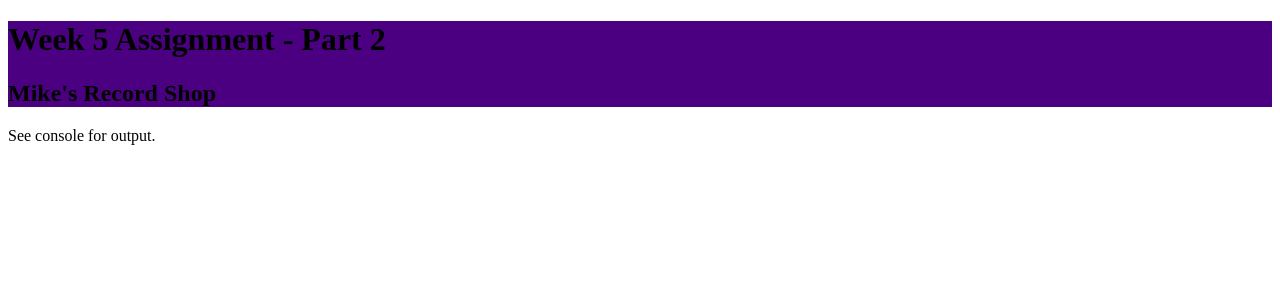
Repository: Ellusionism/prime-pw-week-5-assignment-part-2
Page: assignment/index.html
The author's editor kept a copy of each file at every save. The page is drawn from the files as they stood at one save, then again after a run of saves.
The browser window is 1280 px wide. The pictures show the whole page.

Above is the page before, as saved 2022-11-24 18:46:05.

### assignment/index.html
<!DOCTYPE html>
<html>
  <head>
    <meta charset="utf-8">
    <title>Week 5 Assignment</title>
    <link rel="stylesheet" href="stylesheet.css">
  </head>
  <body>
    <header>
      <h1>Week 5 Assignment - Part 2</h1>
      <h2>Mike's Record Shop</h2>
    </header>
    <main>
    <p>See console for output.</p>
  </main>
    <!-- Create an unordered list with any questions you have -->
  </body>
</html>

### assignment/stylesheet.css
header {
  color: ;
  background-color: indigo;
}

After the next 2 saves:
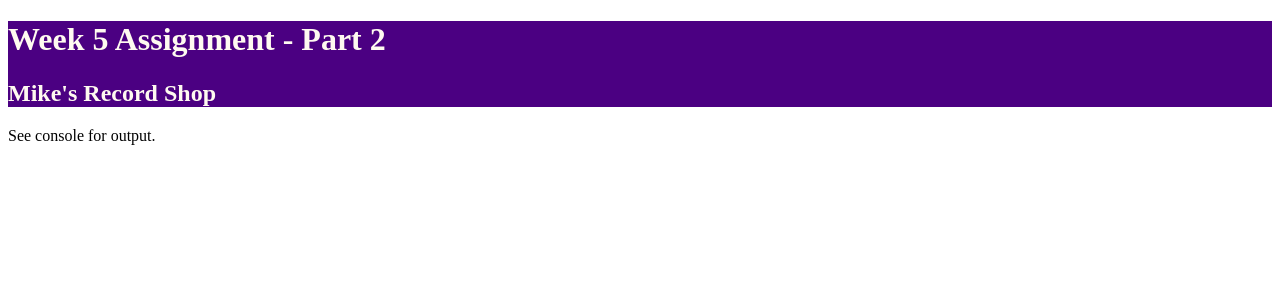
The 2 saves are shown as one change because they came seconds apart.
The last was saved 6 s later.
--- a/assignment/stylesheet.css
+++ b/assignment/stylesheet.css
@@ -1,4 +1,4 @@
 header {
-  color: ;
+  color: floralwhite;
   background-color: indigo;
 }
